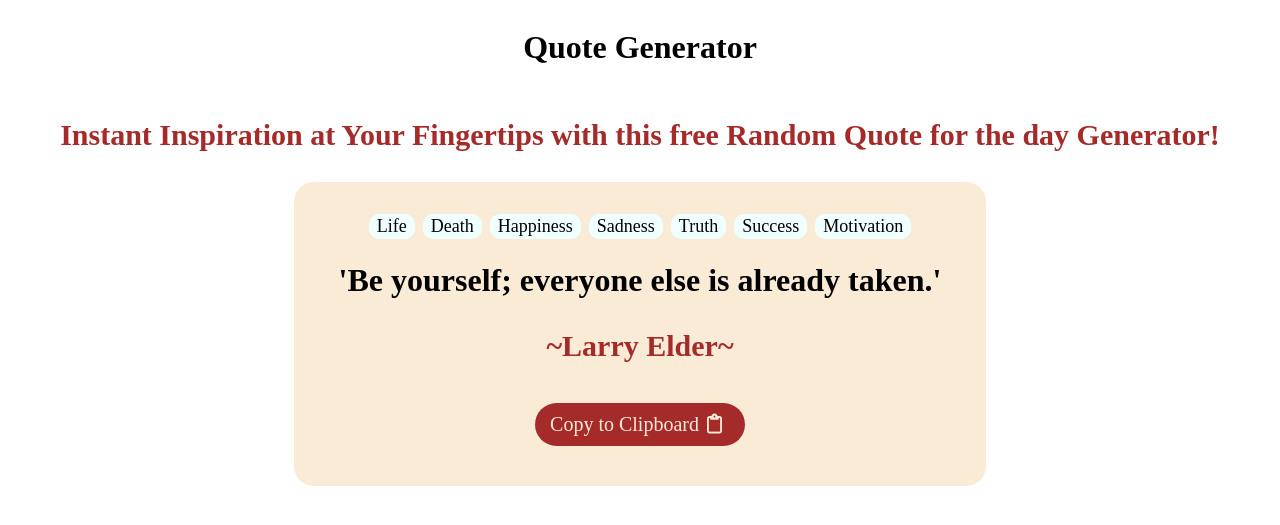
Repository: moehaymanmyint/Random-Quote-Generator
Page: index.html
An editor plug-in stored every save of this project. The page is shown before and after the next save, followed by the edit.
The browser window is 1280 px wide. The pictures show the whole page.
Some web fonts or font styles are not loaded; a fallback is used. Some web libraries are served in a nearby version.

Above is the page before, as saved 2024-11-07 23:06:26.

After the next save:
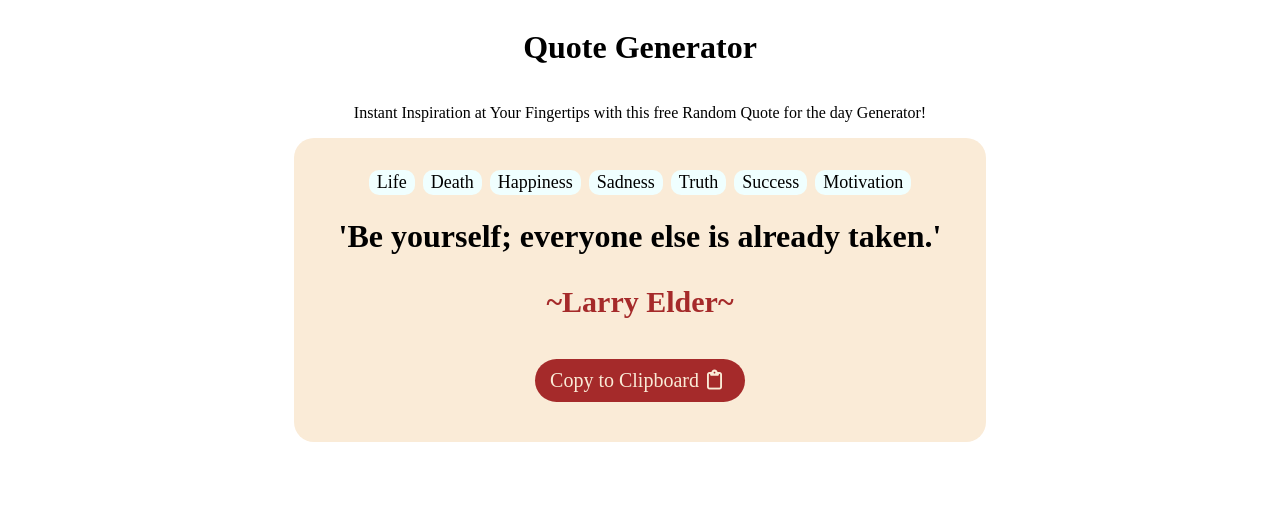
Saved 23 s later.
--- a/style.css
+++ b/style.css
@@ -10,7 +10,7 @@
     text-align: center;
 }
 
-.container p{
+.container .author{
     font-size: 30px;
     color: brown;
     text-align: center;
